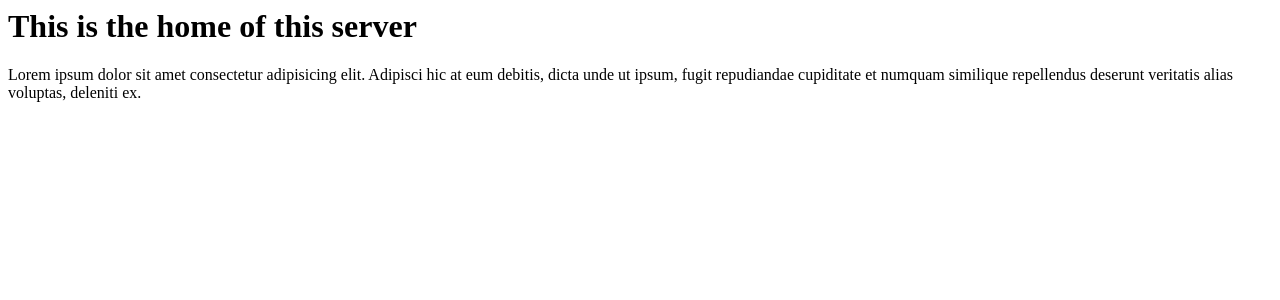
Repository: 0101chaitanya/basic-node-server
Page: contact-me.html
The author's editor kept a copy of each file at every save. The page is drawn from the files as they stood at one save, then again after the next save.
The browser window is 1280 px wide. The pictures show the whole page.

Above is the page before, as saved 2021-08-25 15:29:51.

### contact-me.html
<html lang="en">

<head>
    <meta charset="UTF-8">
    <meta http-equiv="X-UA-Compatible" content="IE=edge">
    <meta name="viewport" content="width=device-width, initial-scale=<1.0>">
    <title>Document</title>
</head>

<body>
    <h1>This is the home of this server</h1>
    <p>Lorem ipsum dolor sit amet consectetur adipisicing elit. Adipisci hic at eum debitis, dicta unde ut ipsum, fugit repudiandae cupiditate et numquam similique repellendus deserunt veritatis alias voluptas, deleniti ex.
    </p>
    <h4></h4>
</body>

</html>

After the next save:
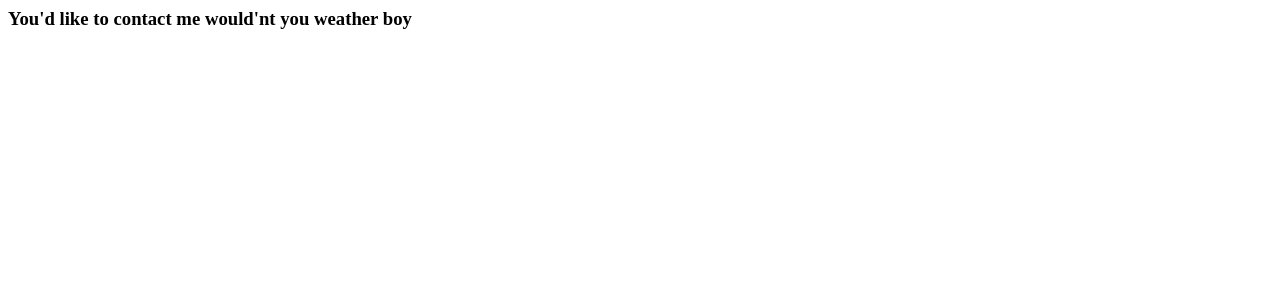
Saved 55 s later.
--- a/contact-me.html
+++ b/contact-me.html
@@ -8,10 +8,8 @@
 </head>
 
 <body>
-    <h1>This is the home of this server</h1>
-    <p>Lorem ipsum dolor sit amet consectetur adipisicing elit. Adipisci hic at eum debitis, dicta unde ut ipsum, fugit repudiandae cupiditate et numquam similique repellendus deserunt veritatis alias voluptas, deleniti ex.
-    </p>
-    <h4></h4>
+    <h3>You'd like to contact me would'nt you weather boy</h3>
+
 </body>
 
 </html>
